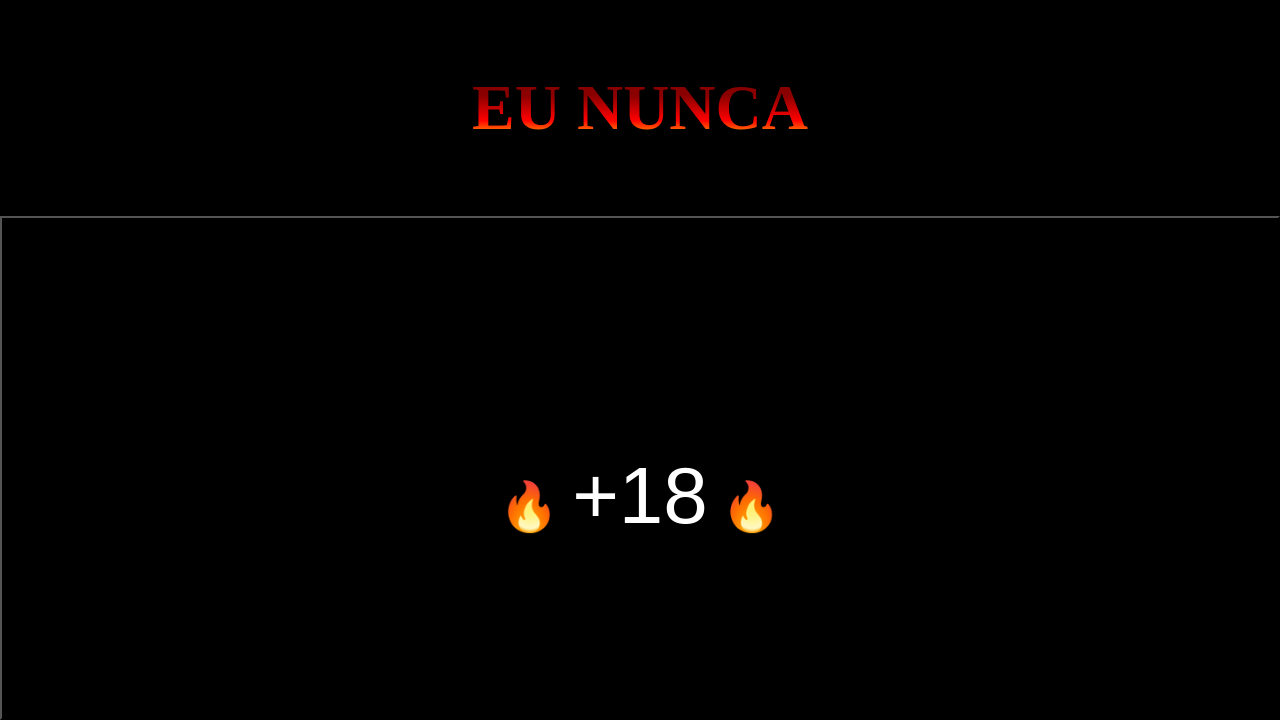
Repository: odiloalmeida/inever
Page: index.html
These files come from the project's save history. The page is drawn as it stood at one moment and after the next save; the edit follows.
The browser window is 1280 px wide. The pictures show the whole page.

Above is the page before, as saved 2023-01-31 22:31:06.

### index.html
<!DOCTYPE html>
<html lang="en">
<head>
    <meta charset="UTF-8">
    <meta http-equiv="X-UA-Compatible" content="IE=edge">
    <meta name="viewport" content="width=device-width, initial-scale=1.0">
    <link rel="icon" type="image/svg+xml" href="https://cdn-icons-png.flaticon.com/512/5181/5181956.png" />
    <link rel="stylesheet" href="./style.css">
    <title>18+ I Never</title>

</head>

<body>
    <div>
        <h1>EU NUNCA</h1>
    </div>
    <button id="myButton" onclick="changeButtonName()">
        <br>
        <span3>&#128293</span3>
        <span2>+18</span2>
        <span3>&#128293</span3>
    </button>
</body>

<script>

    function changeButtonName() {
        var button = document.getElementById("myButton");

        var names = ["Beijei alguém dessa turma",
        "Senti atração por alguém dessa turma",
        "Tomei banho pelado na praia/piscina",
        "Fiquei com um professor",
        "Fiquei com um amigo e me arrependi",
        "Fiquei com um amigo e não disse pra ninguém",
        "Menti sobre ter ficado com uma pessoa",
        "Bebi tanto que beijei alguém que não queria",
        "Bebi tanto que esqueci tudo no outro dia",
        "Vi um nudes de alguém dessa turma",
        "Desejei o namorado(a) de um amigo",
        "Fiquei com alguém por interesse",
        "Acelerei o ato sexual por que o oral estava ruim",
        "Bebi pra ter coragem de chegar numa pessoa",
        "Transei na escola ou faculdade",
        "Transei no chão",
        "Fiz sexo oral enquanto a pessoa trabalhava",
        "Fiz sexo oral enquanto a pessoa dirigia",
        "Usei fantasias sexuais",
        "Usei plug anal",
        "Usei um vibrador",
        "Fiquei com alguém depois neguei pra todo mundo",
        "Disse pra uma pessoa que a amava sem amar",
        "Transei no carro",
        "Broxei no meio do ato sexual",
        "Desisti de ficar com uma pessoa por que ela estava fedendo",
        "Fui chupar e estava fedendo muito e desisti",
        "Me masturbei depois do ato sexual por que não conseguir “chegar lá” com o parceiro",
        "Fiquei com dois amigos ao mesmo tempo sem eles saberem",
        "Parei o ato sexual para ir fazer xixi",
        "Fiz a chuca",
        "Transei na rua",
        "Paguei por sexo",
        "Fiz sexo por dinheiro",
        "Dei um beijo triplo",
        "Voltaria com um ex",
        "Fiquei com uma pessoa em um lugar e logo em seguida fui para outro lugar ficar com outra",
        "Tirei fotos pelado(a)",
        "Fiquei com alguém para fazer ciúme a outro",
        "Sofri por amor",
        "Sofri por ficante",
        "Espiei alguém tomando banho",
        "Tomei banho com alguém",
        "Enfiei o dedo no orifício de alguém (kkkk)",
        "Eu nunca fiquei com um amigo do meu amigo eme arrependi",
        "Eu nunca tive uma DST",
        "Eu já desejei a mãe de um amigo",
        "Eu já desejei o pai de um amigo",
        "Já beixei alguém do mesmo sexo",
        "Já deixei chuparem minha porta dos fundos",
        "Já questionei a minha sexualidade",
        "Já fiz goldenshower",
        "Já desisti do sexo quando vi o tamanho do instrumento",
        "Fumei um",
        "Cheirei cocaina",
        "Usei LSD",
        "Passei comida no parceiro",
        "Troquei o nome da pessoa na hora H",
        "Fiquei com uma pensando em outra",
        "Fatei aula pra ficar com alguém",
        "Menti nesse jogo",
        "Disse que estava doente para nao transar",
        "Fiquei com professor",
        "Fiquei com alguém por gratidão",
        "Tive tara em mãos",
        "Tive tara em pés",
        "Tive tara em ruivas",
        "Fui amordaçado",
        "Fui algemado",
        "Fui chicoteado",
        "Bati de mais em alguém na hora H e fiquei com medo",
        "Vomitei na hora H",
        "Fiz sexo na praia",
        "Fiz sexo na moto",
        "Fiz sexo na bicicleta",
        "Chupei outro por tabela",
        "Fiz oral em um e depois beijei a boca de outro",
        "Transei com 2 ao mesmo tempo",
        "Transei com mais de 3 ao mesmo tempo",
        "Ja fiquei com duas pessoas do mesmo sexo, ao mesmo tempo",
        "Cherei loló",
        "Fumei cigarro",
        "Tive como alcoólico",
        "Tive amnésia alcoólica",
        "Dormi bebado no chão",
        "Mijei em mim, estando bebado",
        "Vomitei em mim, estando bebado",
        "Beijei alguém que eu odiava",
        "Fiquei com um Ex antigo e me arrependi (Foi horrível)",
        "Tive flashback com mais de um EX",
        "Tive um PA",
        "Fiquei com um(a) PM",
        "Subi numa mesa bebado",
        "Fiquei com alguém da boca podre",
        "Já caguei o pau (literalmente)",
        "Já cai de bicicleta",
        "Quebrei um osso (Beba uma dose por osso)",
        "Já talariquei mulher de amigo (Uma dose por mulher)",
        "Já talariquei marido de amiga (Uma dose por homem)",
        "Já beijei um mendigo",
        "Já fiz dentro do mar",
        "Ja fiz dentro do tanque",
        "Pedi alguém em casamento",
        "Já me juntei com conjugue",
        "Já fui CORNO(A)",
        "Atirei com arma de fogo",
        "Dê uma pausa de 15min, para não embriagar",
        "Durei menos de 2 min no sexo",
        "Fiz gosar em menos de 2min",
        "Pensei em me prostituir",
        "Tomei remédio TARJA PRETA",
        "Quando de maior, senti atração por 15-",
        "Dormi sujo",
        "Passei o dia sem tomar banho",
        "Passei dois dias sem tomar banho",
        "Passei mais de 36h acordado",
        "Levei pão de manhã para casa, após o rolê",
        "Bebi mais de 2L em uma noite",
        "Desejei minha cunhada",
        "Transei com alguém na escada",
        "Já botei atrás  depois na frente",
        "Cai da arvore",
        "Me feri gravemente",
        "Imaginei alguém dessa turma pelado",
        "Usei camisinha com sabores",
        "Limbei a bunda e olhei o papel higienico",
        "Transei no cinema",
        "Flertei com o garçom",
        "Beijei um primo(a)",
        "Transei com um primo(a)",
        "Sonhei que estava pelado em público",
        "Transei na chuva",
        "Dormir de conchinha na chuva",
        "Fiz punheta / siririca coletiva",
        "Me masturbei pensando em alguém da roda",
        "Vi nude de alguém da roda",
        "Enviei nude errado",
        "Peguei alguém no elevador",
        "Falei que o sexo foi bom, quando na verdade foi uma merda",
        "Gosei dentro com camisinha",
        "Conversando com o penis do meu namorado",
        "Fiz espanhola",
        "Transei com alguém que participou desse jogo agora",
        "Transei com um médico",
        "Transei com um entregador",
        "Transei com enfermeiro(a)",
        "Transei com Advogado(a)",
        "Transei com Fisioterapeuta",
        "Transei com agente de saúde",
        "Transei com personal trainer",
        "Fiz sexo rapido para dormir logo",
        "Transei numa contrução",
        "Transei numa casa abandonada",
        "Transei na rede",
        "Transei na cadeira",
        "Transei no sofá",
        "Transei em local público",
        "Tive sonhos eróticos com alguém dessa roda",
        "Fui em um motel e não transei",
        "Criei passarinho",
        "Chupei alguém com algum amigo vendo",
        "Fui voyeur",
        "Transei num posto de saúde",
        "Transei no quintal de casa",
        "Transei no telhado",
        "Terminei com uma pessoa por mensagem",
        "Terminaram comigo por mensagem",
        "Fiz Topless na praia",
        "Usei gelo na cama",
        "Usei halls na cama",
        "Sai sem calcinha para provocar alguém",
        "Malhei sem calcinha",
        "Fingi prazer",
        "Fingi simpatia para conquistar uma pessoa",
        "Fiz cosplay de rico",
        "Banquei a coitadinha para ganhar algo em troca",
        "Sai sem pagar a conta",
        "Levei o copo de um bar",
        "Caguei num banheiro quimico",
        "Dirigi bebado",
        "Ouvi alguém transando",
        "Fui pego me masturbando",
        "Fui pego na hora H pelos meus familiares ou amigos",
        "Transei assistindo porno",
        "Tive ressaca moral",
        "Chorei enquanto transava",
        "Pedi parar porque estava doendo",
        "Enforqueia até quase desmaiar",
        "Transei em uma banheira",
        "Beijei a pessoa querendo a do lado",
        "Beijei um feio(a)",
        "Beijei um(a) 10/10",
        "Nunca chupei dois ao mesmo tempo",
        "Matei aula para fumar um",
        "Matei aula para transar",
        "Quebrei uma cama enquanto transava",
        "Cai da cama enquanto transava",
        "Fiquei orgulhoso do meu desempenho",
        "Fiquei triste com meu desempenho",
        "Tentaram arrancar minh lingua",
        "Já beijei um desesperado, que quase me engole",
        "Bebi do copo de um estranho e tinha droga"




        ];

        var randomName = names[Math.floor(Math.random() * names.length)];
        button.innerHTML = randomName;
    }

</script>

</html>

### style.css
* {
    padding: 0;
    margin: 0;
    box-sizing: border-box;
}

body {
    width: 100vw;
    height: 100vh;
    background-color: #000;
    display: flex;
    flex-direction: column;
    align-items: center;
    justify-content: center;
}

div {
    width: 100%;
    height: 30vh;
    display: flex;
    align-items: center;
    justify-content: center;
}

h1 {
    background-image: linear-gradient(to bottom,#800000,#8B0000, red, yellow);
    background-clip: text;
    -webkit-background-clip: text;
    -webkit-text-fill-color: transparent;
    color: black;
    font-size: 4rem;
    font-weight: 900;
}

button {
    background-color: transparent;
    height: 70vh;
    width: 100vw;
    border: none
    font-weight: bold;
    font-size: 3rem;
    padding: 5px;
    color: #f1f1f1;
}

button span2 {
    color: #fff;
    font-size: 5rem;
}

After the next save:
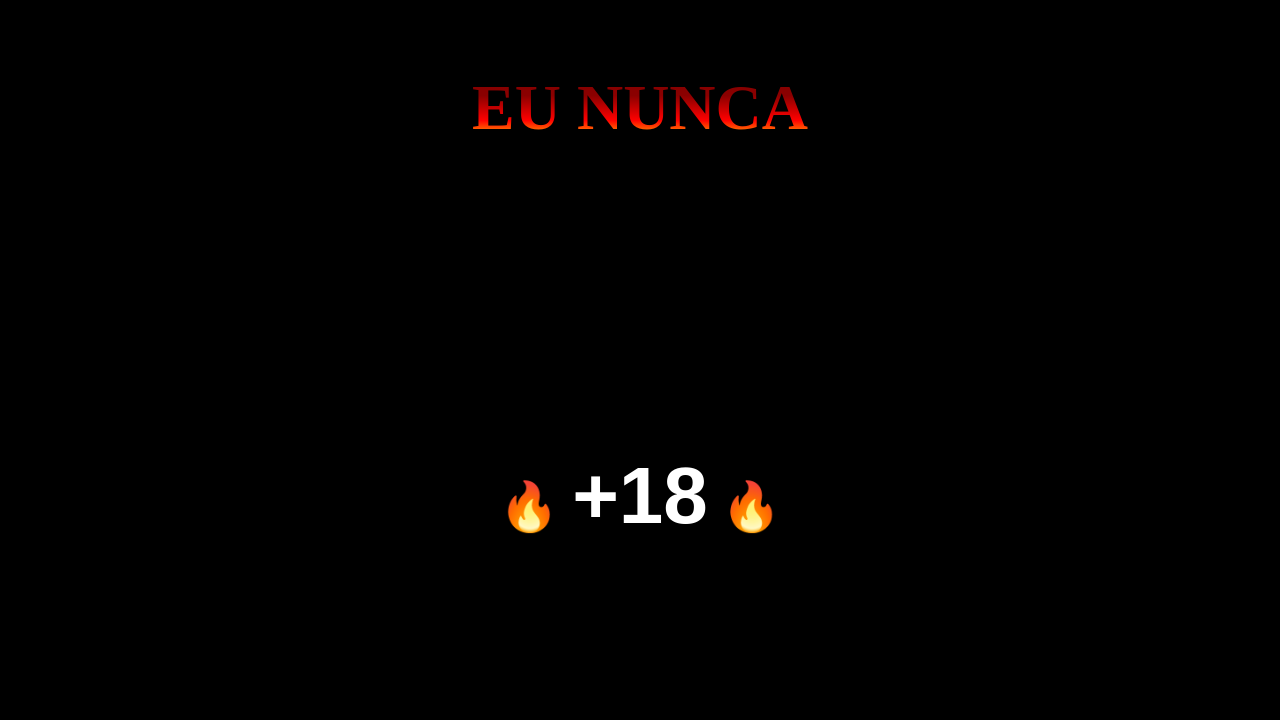
Saved 4 s later.
--- a/style.css
+++ b/style.css
@@ -36,7 +36,7 @@ button {
     background-color: transparent;
     height: 70vh;
     width: 100vw;
-    border: none
+    border: none;
     font-weight: bold;
     font-size: 3rem;
     padding: 5px;
